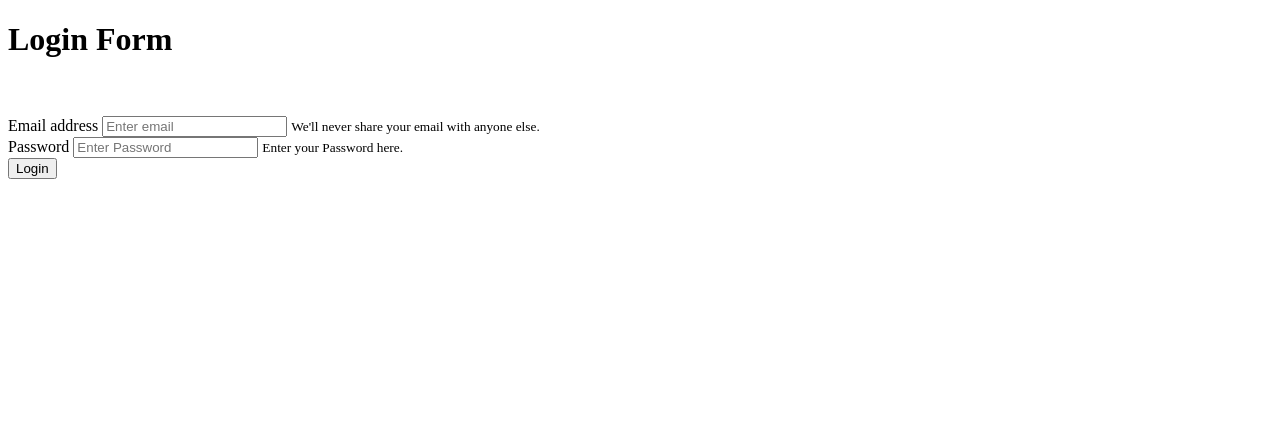
Repository: high-in-entropy/SpringFramework
Page: http://localhost/springmvc/WEB-INF/views/login.jsp
An editor plug-in stored every save of this project. The page is shown before and after the next save, followed by the edit.
The browser window is 1280 px wide. The pictures show the whole page.
The page is served by Tomcat 9. Nobody is signed in. The template is opened directly, without the code that normally fills it, so the values that code supplies are empty.

Above is the page before, as saved 2021-08-24 11:10:49.

After the next save:
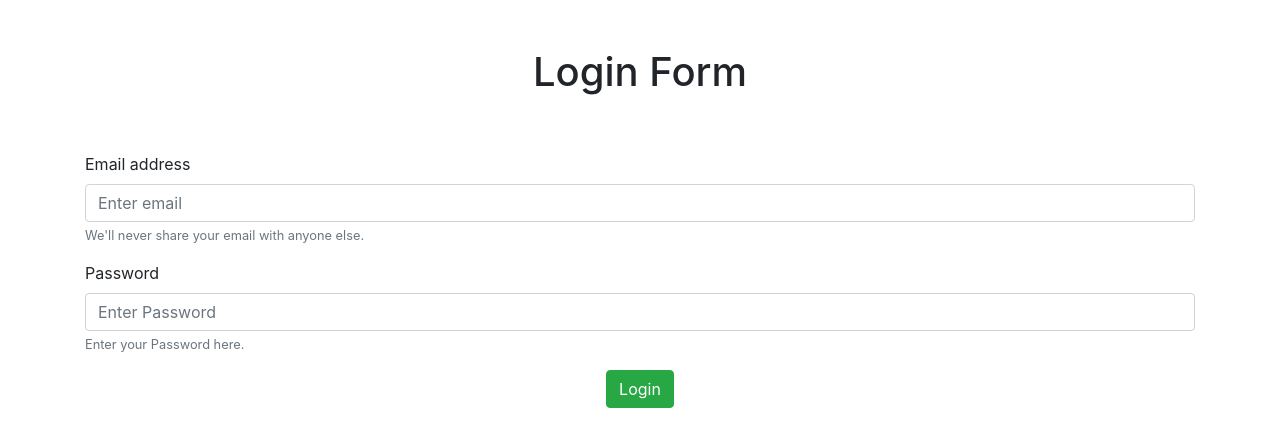
Saved 50 s later.
--- a/springmvc/src/main/webapp/WEB-INF/views/login.jsp
+++ b/springmvc/src/main/webapp/WEB-INF/views/login.jsp
@@ -1,12 +1,18 @@
 <%@ page language="java" contentType="text/html; charset=ISO-8859-1"
     pageEncoding="ISO-8859-1"%>
-<!DOCTYPE html>
-<html>
-<head>
-<meta charset="ISO-8859-1">
-<title>Login</title>
-</head>
-<body>
+<!doctype html>
+<html lang="en">
+  <head>
+    <!-- Required meta tags -->
+    <meta charset="utf-8">
+    <meta name="viewport" content="width=device-width, initial-scale=1, shrink-to-fit=no">
+
+    <!-- Bootstrap CSS -->
+    <link rel="stylesheet" href="https://maxcdn.bootstrapcdn.com/bootstrap/4.0.0/css/bootstrap.min.css" integrity="sha384-Gn5384xqQ1aoWXA+058RXPxPg6fy4IWvTNh0E263XmFcJlSAwiGgFAW/dAiS6JXm" crossorigin="anonymous">
+
+    <title>Registration Page</title>
+  </head>
+  <body>
 
 <div class="container mt-5">
    <h1 class="text-center">Login Form</h1><br><br>
